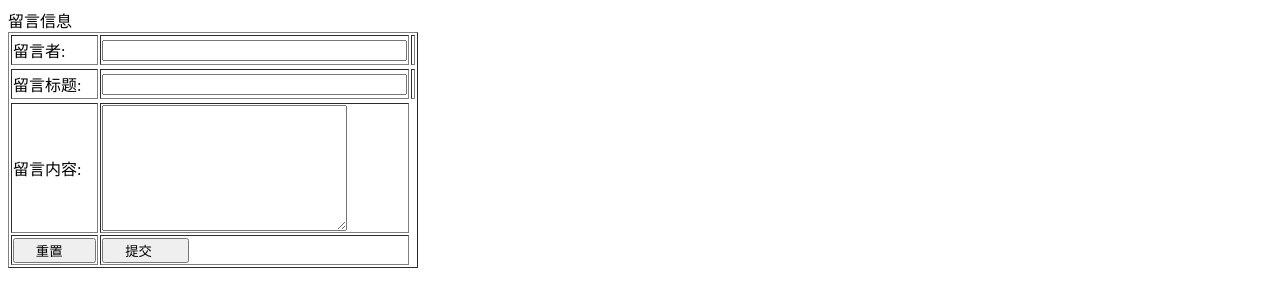
Repository: wikelgc/JSP
Page: http://localhost/HTML5_from/
These files come from the project's save history. The page is drawn as it stood at one moment and after the next save; the edit follows.
The browser window is 1280 px wide. The pictures show the whole page.
The page is served by Tomcat 9.

Above is the page before, as saved 2015-06-02 08:30:49.

After the next save:
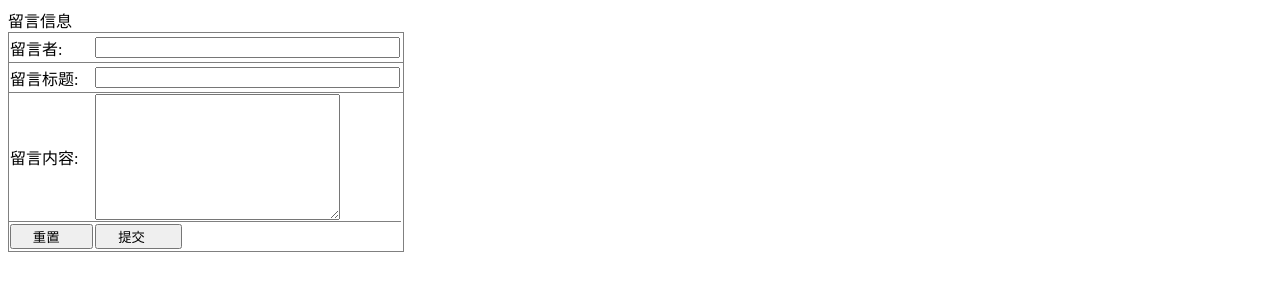
Saved 35 s later.
--- a/HTML5_from/WebRoot/index.jsp
+++ b/HTML5_from/WebRoot/index.jsp
@@ -8,7 +8,7 @@
 
   <body>
     <from action = "addWord.jsp" method = "post">
-    	<table border = "1">
+    	<table border = "1" rules = "rows">
     		<tr height = "30">
 	    		<td>留言者:</td><td><input type="text" name="author" size="35"><td><tr>
 	    	<tr height = "30">
